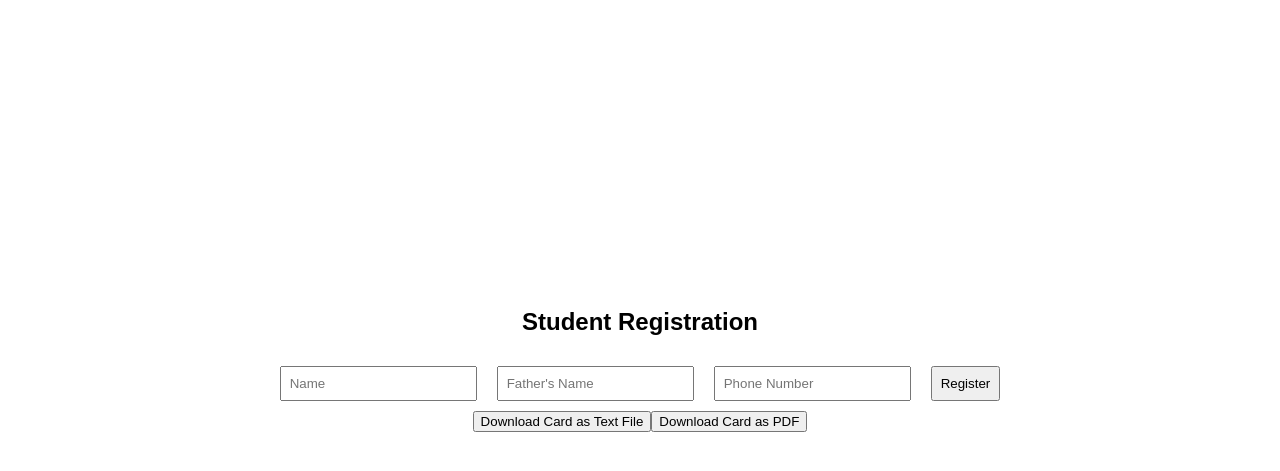
Repository: pripriya09/StudentID-Card-Download
Page: / (app in frontend/)
An editor plug-in stored every save of this project. The page is shown before and after the next save, followed by the edit.
The browser window is 1280 px wide. The pictures show the whole page.
The project was rebuilt for these pictures with package versions that can differ from the ones it lists, and the page was loaded fresh each time. Also part of the build but not shown: frontend/vite.config.js.

Above is the page before, as saved 2025-01-07 11:25:33.

### frontend/src/main.jsx
import React from 'react'
import ReactDOM from 'react-dom/client'
// import App from './App'
// import './index.css'
import Form from './Form.jsx'
// import IDCardForm from './copy form/IDCardForm.jsx'

ReactDOM.createRoot(document.getElementById('root')).render(
  <React.StrictMode>
    {/* <App /> */}
    <Form/>
    {/* <IDCardForm/> */}
  </React.StrictMode>,
)

### frontend/src/Form.jsx
import React, { useState } from "react";
import axios from "axios";
import "./App.css"
import jsPDF from "jspdf";
const Form = () => {
  const [formData, setFormData] = useState({
    name: "",
    fatherName: "",
    phoneNumber: "",
  });
  const [studentData, setStudentData] = useState(null);

  const handleSubmit = async (e) => {
    e.preventDefault();

    try {
      const response = await axios.post(
        "http://localhost:6009/api/students",
        formData
      );
      const result = response.data;

      setStudentData({
        ...formData,
        registrationNumber: result.registrationNumber,
      });

      setFormData({
        name: "",
        fatherName: "",
        phoneNumber: "",
      });
    } catch (error) {
      console.error("Error sending data:", error);
    }
  };

  const handleChange = (e) => {
    setFormData({ ...formData, [e.target.name]: e.target.value });
  };

  const handleDownloadText = () => {
    if (studentData) {
      const fileData = `
        Name: ${studentData.name}
        Father's Name: ${studentData.fatherName}
        Phone Number: ${studentData.phoneNumber}
        Registration Number: ${studentData.registrationNumber}`;
      const blob = new Blob([fileData], { type: "text/plain" });

      const link = document.createElement("a");
      link.href = URL.createObjectURL(blob);
      link.download = `${studentData.registrationNumber}_ID_Card.txt`;
      link.click();
    }
  };

  const handleDownloadPDF = () => {
    if (studentData) {
      const pdf = new jsPDF();
      const studentInfo = `
        Student ID Card
        Name: ${studentData.name}
        Father's Name: ${studentData.fatherName}
        Phone: ${studentData.phoneNumber}
        Registration Number: ${studentData.registrationNumber}`;

      pdf.text(studentInfo, 10, 10);
      pdf.save(`${studentData.registrationNumber}_ID_Card.pdf`);
    }
  };

  return (
    <div className="App">
      <h2>Student Registration</h2>

      <form onSubmit={handleSubmit}>
        <input
          type="text"
          name="name"
          placeholder="Name"
          value={formData.name}
          onChange={handleChange}
          required
        />
        <input
          type="text"
          name="fatherName"
          placeholder="Father's Name"
          value={formData.fatherName}
          onChange={handleChange}
          required
        />
        <input
          type="tel"
          name="phoneNumber"
          placeholder="Phone Number"
          value={formData.phoneNumber}
          onChange={handleChange}
          required
        />
        <button type="submit">Register</button>
      </form>

      {studentData && (
        <div className="student_id">
          <div className="top_section">
            <div className="profile_photo">
              <img
                src="https://upload.wikimedia.org/wikipedia/commons/thumb/a/af/Arnold_Schwarzenegger_by_Gage_Skidmore_4.jpg/220px-Arnold_Schwarzenegger_by_Gage_Skidmore_4.jpg"
                alt="Profile Photo"
              />
            </div>
            <div className="student_name">
              <ul className="student_info">
                <li className="name">Name: {studentData.name}</li>
                <li className="name">
                  Father's Name: {studentData.fatherName}
                </li>
              </ul>
            </div>
          </div>

          <div className="bottom_section">
            <div className="student_details">
              <ul>
                <li>
                  <span className="bold">ID:</span>{" "}
                  {studentData.registrationNumber}
                </li>
              </ul>
            </div>
          </div>
        </div>
      )}
      <div className="buttons">
        <button onClick={handleDownloadText}>Download Card as Text File</button>
        <button onClick={handleDownloadPDF}>Download Card as PDF</button>
      </div>
    </div>
  );
};

export default Form;

### frontend/src/App.css
.App {
  text-align: center;
  font-family: Arial, sans-serif;
}

form input, form button {
  margin: 10px;
  padding: 8px;
}
/*
.id-card {
  border: 1px solid #ccc;
  padding: 15px;
  width: 300px;
  margin: 20px auto;
} */


body {
  font-family: Verdana, sans-serif;
  display: flex;
  justify-content: center;
  align-items: center;
  height: 100vh;
  margin: 0;
}


.student_id {
  width: 520px;
  background-color: #fff;
  border-radius: 25px;
  overflow: hidden;
  margin: 20px auto;
  box-shadow: 1px 0px 0px #a9a39e, 0px 1px 0px #a9a39e,
              2px 1px 0px #a9a39e, 1px 2px 0px #a9a39e,
              3px 2px 0px #958b83, 2px 3px 0px #958b83,
              4px 3px 0px #93867c, 3px 4px 0px #93867c,
              5px 4px 0px #93867c, 4px 5px 0px #93867c;
}


.top_section {
  display: flex;
  padding: 30px;
  background: linear-gradient(to right, #e84610, #ffffff);
  color: white;
}

.profile_photo {
  flex-shrink: 0;
}

.profile_photo img {
  width: 125px;
  height: 125px;
  border-radius: 50%;
  border: 2px solid #fff;
  object-fit: cover;
}

.student_name {
  margin-left: 20px;
  display: flex;
  flex-direction: column;
  justify-content: center;
}

.student_info {
  list-style: none;
  padding: 0;
  margin: 0;
}

.student_info .name {
  font-size: 1.5em;
  font-weight: bold;
}
.student_info .age {
  font-size: 1.1em;
  margin-top: 5px;
}
.bottom_section {
  padding: 30px;
}

.student_details {
  margin-top: 10px;
}

.student_details ul {
  list-style: none;
  padding: 0;
  margin: 0;
}

.student_details li {
  margin-bottom: 10px;
  font-size: 1.1em;
  color: #555;
}

span {
  font-weight: bold;
}

Loaded but not shown: frontend/index.html (common file)

After the next save:
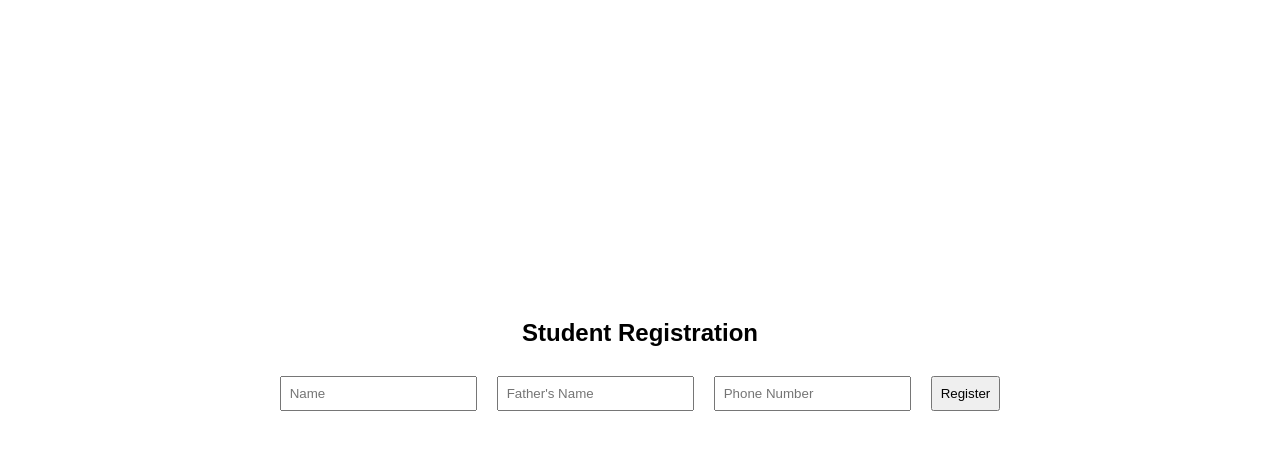
Saved 100 s later.
--- a/frontend/src/Form.jsx
+++ b/frontend/src/Form.jsx
@@ -8,22 +8,24 @@ const Form = () => {
     fatherName: "",
     phoneNumber: "",
   });
+  const [registrationNumber, setRegistrationNumber] = useState("");
   const [studentData, setStudentData] = useState(null);
+
 
   const handleSubmit = async (e) => {
     e.preventDefault();
 
     try {
-      const response = await axios.post(
-        "http://localhost:6009/api/students",
-        formData
-      );
+
+      const response = await axios.post("http://localhost:6009/api/students", formData);
       const result = response.data;
+
 
       setStudentData({
         ...formData,
         registrationNumber: result.registrationNumber,
       });
+
 
       setFormData({
         name: "",
@@ -39,8 +41,48 @@ const Form = () => {
     setFormData({ ...formData, [e.target.name]: e.target.value });
   };
 
-  const handleDownloadText = () => {
+
+//   const handleSearch = async (e) => {
+//     e.preventDefault();
+
+//     try {
+//       const response = await axios.get(`http://localhost:6009/api/students/${registrationNumber}`);
+//       const result = response.data;
+
+
+//       if (result) {
+//         setStudentData(result);
+//       } else {
+//         alert("Student not found!");
+//       }
+
+//       setRegistrationNumber("");
+//     } catch (error) {
+//       console.error("Error fetching data:", error);
+//     }
+//   };
+
+//  const handleDownload = () => {
+//     if (studentData) {
+//       const fileData = JSON.stringify(studentData, null, 2);
+//       const blob = new Blob([fileData], { type: "application/json" });
+//       const link = document.createElement("a");
+//       link.href = URL.createObjectURL(blob);
+//       link.download = `${studentData.registrationNumber}_ID_Card.json`; // Filename based on registration number
+//       link.click();
+
+//       setFormData({
+//         name: "",
+//         fatherName: "",
+//         phoneNumber: "",
+//       });
+//       setStudentData(null);
+//     }
+//   };
+
+  const handleDownloadtext = () => {
     if (studentData) {
+
       const fileData = `
         Name: ${studentData.name}
         Father's Name: ${studentData.fatherName}
@@ -52,27 +94,38 @@ const Form = () => {
       link.href = URL.createObjectURL(blob);
       link.download = `${studentData.registrationNumber}_ID_Card.txt`;
       link.click();
+
+      setFormData({
+        name: "",
+        fatherName: "",
+        phoneNumber: "",
+      });
+      setStudentData(null);
     }
   };
 
-  const handleDownloadPDF = () => {
+
+  function handleDownloadPDF() {
     if (studentData) {
-      const pdf = new jsPDF();
+      let PDFdocument = new jsPDF();
       const studentInfo = `
         Student ID Card
         Name: ${studentData.name}
         Father's Name: ${studentData.fatherName}
         Phone: ${studentData.phoneNumber}
-        Registration Number: ${studentData.registrationNumber}`;
+        Registration Number: ${studentData.registrationNumber}
+      `;
 
-      pdf.text(studentInfo, 10, 10);
-      pdf.save(`${studentData.registrationNumber}_ID_Card.pdf`);
+      PDFdocument.text(studentInfo, 10, 10);
+      PDFdocument.save(`${studentData.registrationNumber}_ID_Card.pdf`);
+      PDFdocument = null;
     }
-  };
+  }
 
   return (
     <div className="App">
       <h2>Student Registration</h2>
+
 
       <form onSubmit={handleSubmit}>
         <input
@@ -102,41 +155,31 @@ const Form = () => {
         <button type="submit">Register</button>
       </form>
 
+
+      {/* <h2>Search by Registration Number</h2>
+      <form onSubmit={handleSearch}>
+        <input
+          type="text"
+          placeholder="Enter Registration Number"
+          value={registrationNumber}
+          onChange={(e) => setRegistrationNumber(e.target.value)}
+          required
+        />
+        <button type="submit">Search</button>
+      </form> */}
+{/* --------------------------------------------------display data -->> */}
       {studentData && (
-        <div className="student_id">
-          <div className="top_section">
-            <div className="profile_photo">
-              <img
-                src="https://upload.wikimedia.org/wikipedia/commons/thumb/a/af/Arnold_Schwarzenegger_by_Gage_Skidmore_4.jpg/220px-Arnold_Schwarzenegger_by_Gage_Skidmore_4.jpg"
-                alt="Profile Photo"
-              />
-            </div>
-            <div className="student_name">
-              <ul className="student_info">
-                <li className="name">Name: {studentData.name}</li>
-                <li className="name">
-                  Father's Name: {studentData.fatherName}
-                </li>
-              </ul>
-            </div>
-          </div>
-
-          <div className="bottom_section">
-            <div className="student_details">
-              <ul>
-                <li>
-                  <span className="bold">ID:</span>{" "}
-                  {studentData.registrationNumber}
-                </li>
-              </ul>
-            </div>
-          </div>
+        <div className="id-card">
+          <h3>ID Card</h3>
+          <p>Name: {studentData.name}</p>
+          <p>Father's Name: {studentData.fatherName}</p>
+          <p>Phone Number: {studentData.phoneNumber}</p>
+          <p>Registration Number: {studentData.registrationNumber}</p>
+          {/* <button onClick={handleDownload}>Download ID Card</button> */}
+           <button onClick={handleDownloadtext}>Download Card In txtfile</button>
+           <button onClick={handleDownloadPDF}>Download Card In PDF</button>
         </div>
       )}
-      <div className="buttons">
-        <button onClick={handleDownloadText}>Download Card as Text File</button>
-        <button onClick={handleDownloadPDF}>Download Card as PDF</button>
-      </div>
     </div>
   );
 };
